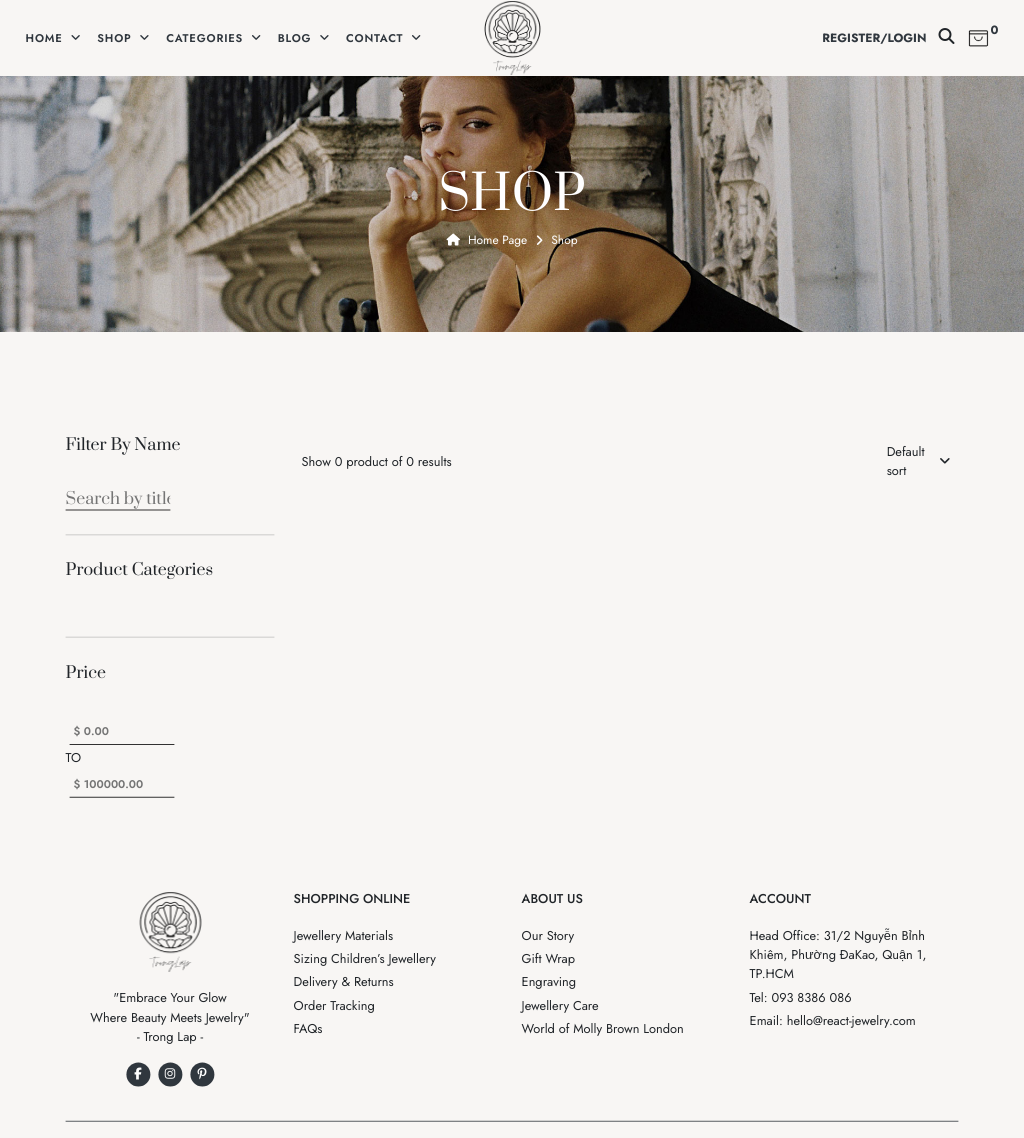
Repository: tronglap/react-jewelry
Page: /list-product
An editor plug-in stored every save of this project. The page is shown before and after the next save, followed by the edit.
The browser window is 1280 px wide. The pictures show the whole page, at 80% of full size.
The page's requests for data from a server got no answer. The project was rebuilt for these pictures with package versions that can differ from the ones it lists, and the page was loaded fresh each time. No one was signed in, and anything a server would have sent is missing. Also part of the build but not shown: src/component/Button/Button.css, src/component/Button/Button.js, src/component/SliderBar/SliderBar.css, src/component/SliderBar/SliderBar.js, src/component/Home/WWD/WWD.css, src/component/Home/WWD/WWD.js, src/component/Home/Home.css, src/component/Home/Categories/Categories.js and 14 more.

Above is the page before, as saved 2024-03-26 20:29:10.

After the next save:
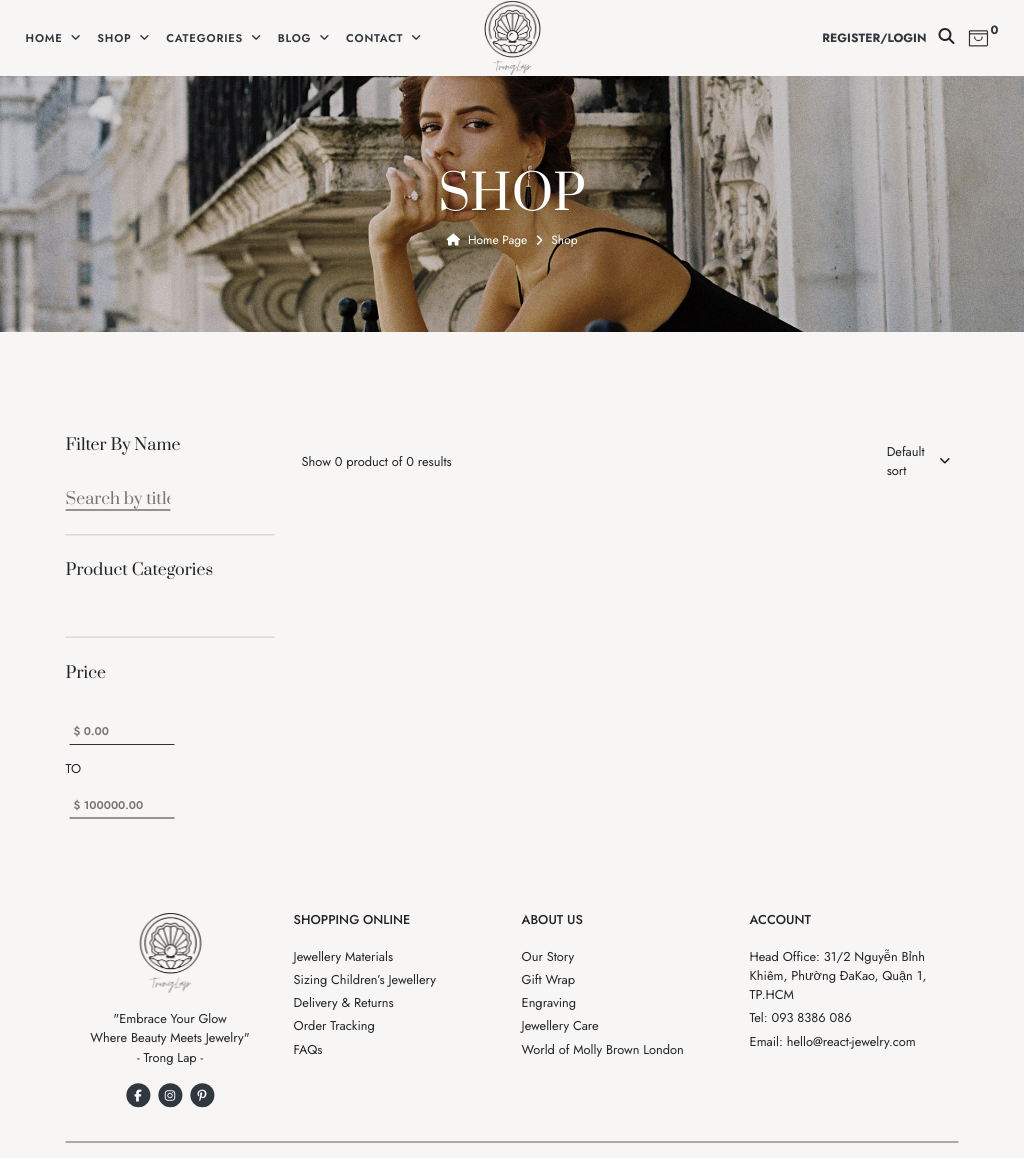
Saved 6 s later.
--- a/src/component/ListProduct/ListProduct.css
+++ b/src/component/ListProduct/ListProduct.css
@@ -62,7 +62,7 @@
 }
 
 .ListProduct .box_product .FBP .TO {
-    margin: ;
+    margin: 5% 0;
 }
 
 .ListProduct .box_product .FBP .filterbyprice {
